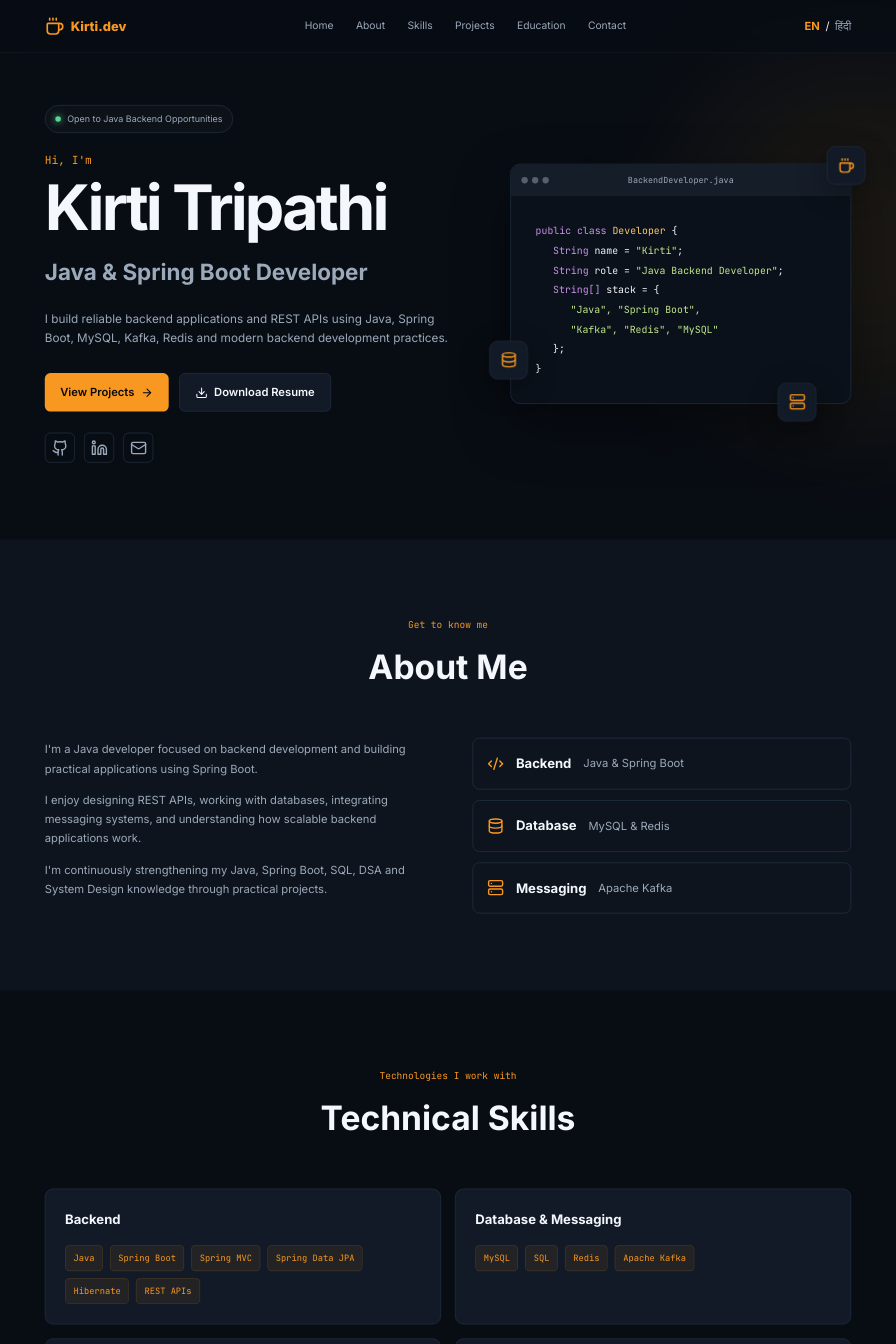
Repository: Rashi-Kirti06/En-Hi-Portfolio
Page: /
The author's editor kept a copy of each file at every save. The page is drawn from the files as they stood at one save, then again after the next save.
The browser window is 1280 px wide. The pictures show the part of the page from y = 0 to 1920 px (the page is 4885 px tall before and 720 px after), at 70% of full size.
The project was rebuilt for these pictures with package versions that can differ from the ones it lists, and the page was loaded fresh each time. Also part of the build but not shown: vite.config.js.

Above is the page before, as saved 2026-09-06 15:22:47.

### index.html
<!doctype html>

<html lang="en">

<head>

  <meta charset="UTF-8" />

  <meta
    name="viewport"
    content="width=device-width, initial-scale=1.0"
  />

  <meta
    name="description"
    content="Kirti Tripathi - Java and Spring Boot Backend Developer portfolio."
  />

  <meta
    name="keywords"
    content="Java Developer, Spring Boot Developer, Backend Developer, Java Portfolio"
  />

  <meta name="author" content="Kirti Tripathi" />

  <title>
    Kirti Tripathi | Java Backend Developer
  </title>

</head>

<body>

  <div id="root"></div>

  <script
    type="module"
    src="/src/main.jsx"
  ></script>

</body>

</html>

### src/App.jsx
import { useState } from "react";

import Navbar from "./components/Navbar";
import Hero from "./components/Hero";
import About from "./components/About";
import Skills from "./components/Skills";
import Projects from "./components/Projects";
import Learning from "./components/Learning";
import Education from "./components/Education";
import Contact from "./components/Contact";
import Footer from "./components/Footer";

function App() {
  const [language, setLanguage] = useState("en");

  return (
    <>
      <Navbar language={language} setLanguage={setLanguage} />

      <main>
        <Hero language={language} />
        <About language={language} />
        <Skills language={language} />
        <Projects language={language} />
        <Learning language={language} />
        <Education language={language} />
        <Contact language={language} />
      </main>

      <Footer language={language} />
    </>
  );
}

export default App;

### src/components/Navbar.jsx
import { useState } from "react";
import { Menu, X, Coffee } from "lucide-react";
import { translations } from "../data/translations";

function Navbar({ language, setLanguage }) {
  const [menuOpen, setMenuOpen] = useState(false);

  const t = translations[language].navbar;

  const links = [
    ["home", t.home],
    ["about", t.about],
    ["skills", t.skills],
    ["projects", t.projects],
    ["education", t.education],
    ["contact", t.contact],
  ];

  const closeMenu = () => setMenuOpen(false);

  return (
    <header className="navbar">
      <div className="container nav-container">

        <a href="#home" className="logo" onClick={closeMenu}>
          <Coffee size={28} />
          <span>Kirti.dev</span>
        </a>

        <nav className={menuOpen ? "nav-links active" : "nav-links"}>
          {links.map(([id, label]) => (
            <a
              key={id}
              href={`#${id}`}
              onClick={closeMenu}
            >
              {label}
            </a>
          ))}

          <div className="language-mobile">
            <button
              className={language === "en" ? "lang-active" : ""}
              onClick={() => setLanguage("en")}
            >
              EN
            </button>

            <span>/</span>

            <button
              className={language === "hi" ? "lang-active" : ""}
              onClick={() => setLanguage("hi")}
            >
              हिंदी
            </button>
          </div>
        </nav>

        <div className="nav-actions">
          <div className="language-switcher">
            <button
              className={language === "en" ? "lang-active" : ""}
              onClick={() => setLanguage("en")}
            >
              EN
            </button>

            <span>/</span>

            <button
              className={language === "hi" ? "lang-active" : ""}
              onClick={() => setLanguage("hi")}
            >
              हिंदी
            </button>
          </div>

          <button
            className="mobile-menu"
            onClick={() => setMenuOpen(!menuOpen)}
            aria-label="Toggle navigation"
          >
            {menuOpen ? <X /> : <Menu />}
          </button>
        </div>

      </div>
    </header>
  );
}

export default Navbar;

### src/components/Hero.jsx
import { motion } from "framer-motion";
import {
  ArrowRight,
  Download,
  Github,
  Linkedin,
  Mail,
  Database,
  Server,
  Coffee,
} from "lucide-react";

import { translations } from "../data/translations";

function Hero({ language }) {
  const t = translations[language].hero;

  return (
    <section id="home" className="hero section">
      <div className="container hero-grid">

        <motion.div
          className="hero-content"
          initial={{ opacity: 0, x: -40 }}
          animate={{ opacity: 1, x: 0 }}
          transition={{ duration: 0.7 }}
        >

          <div className="availability">
            <span className="availability-dot"></span>
            {t.available}
          </div>

          <p className="hero-greeting">{t.greeting}</p>

          <h1>{t.name}</h1>

          <h2>{t.role}</h2>

          <p className="hero-description">
            {t.description}
          </p>

          <div className="hero-buttons">
            <a href="#projects" className="btn btn-primary">
              {t.projectsButton}
              <ArrowRight size={18} />
            </a>

            <a
              href="/resume.pdf"
              download
              className="btn btn-secondary"
            >
              <Download size={18} />
              {t.resumeButton}
            </a>
          </div>

          <div className="social-links">
            <a
              href="https://github.com/YOUR_USERNAME"
              target="_blank"
              rel="noreferrer"
              aria-label="GitHub"
            >
              <Github />
            </a>

            <a
              href="https://linkedin.com/in/YOUR_USERNAME"
              target="_blank"
              rel="noreferrer"
              aria-label="LinkedIn"
            >
              <Linkedin />
            </a>

            <a
              href="mailto:your-email@example.com"
              aria-label="Email"
            >
              <Mail />
            </a>
          </div>

        </motion.div>

        <motion.div
          className="hero-visual"
          initial={{ opacity: 0, scale: 0.9 }}
          animate={{ opacity: 1, scale: 1 }}
          transition={{ duration: 0.7 }}
        >

          <div className="developer-card">

            <div className="terminal-header">
              <div className="terminal-dots">
                <span></span>
                <span></span>
                <span></span>
              </div>

              <span>BackendDeveloper.java</span>
            </div>

            <div className="code-window">

              <p>
                <span className="code-purple">public class</span>{" "}
                <span className="code-yellow">Developer</span> {"{"}
              </p>

              <p className="indent">
                <span className="code-purple">String</span> name =
                <span className="code-green"> "Kirti"</span>;
              </p>

              <p className="indent">
                <span className="code-purple">String</span> role =
                <span className="code-green">
                  {" "}
                  "Java Backend Developer"
                </span>;
              </p>

              <p className="indent">
                <span className="code-purple">String[]</span> stack = {"{"}
              </p>

              <p className="indent-two">
                <span className="code-green">
                  "Java", "Spring Boot",
                </span>
              </p>

              <p className="indent-two">
                <span className="code-green">
                  "Kafka", "Redis", "MySQL"
                </span>
              </p>

              <p className="indent">{"};"}</p>

              <p>{"}"}</p>

            </div>
          </div>

          <div className="floating-icon icon-java">
            <Coffee />
          </div>

          <div className="floating-icon icon-db">
            <Database />
          </div>

          <div className="floating-icon icon-server">
            <Server />
          </div>

        </motion.div>

      </div>
    </section>
  );
}

export default Hero;

### src/components/About.jsx
import { motion } from "framer-motion";
import { Code2, Database, Server } from "lucide-react";
import SectionTitle from "./SectionTitle";
import { translations } from "../data/translations";

function About({ language }) {
  const t = translations[language].about;

  return (
    <section id="about" className="section alt-section">
      <div className="container">

        <SectionTitle
          subtitle={t.subtitle}
          title={t.title}
        />

        <div className="about-grid">

          <motion.div
            className="about-text"
            initial={{ opacity: 0, y: 30 }}
            whileInView={{ opacity: 1, y: 0 }}
            viewport={{ once: true }}
          >
            <p>{t.text1}</p>
            <p>{t.text2}</p>
            <p>{t.text3}</p>
          </motion.div>

          <div className="about-cards">

            <div className="mini-card">
              <Code2 />
              <h3>Backend</h3>
              <p>Java & Spring Boot</p>
            </div>

            <div className="mini-card">
              <Database />
              <h3>Database</h3>
              <p>MySQL & Redis</p>
            </div>

            <div className="mini-card">
              <Server />
              <h3>Messaging</h3>
              <p>Apache Kafka</p>
            </div>

          </div>

        </div>

      </div>
    </section>
  );
}

export default About;

### src/components/Skills.jsx
import { motion } from "framer-motion";
import SectionTitle from "./SectionTitle";
import { translations } from "../data/translations";

const skillGroups = [
  {
    title: "Backend",
    skills: [
      "Java",
      "Spring Boot",
      "Spring MVC",
      "Spring Data JPA",
      "Hibernate",
      "REST APIs",
    ],
  },
  {
    title: "Database & Messaging",
    skills: [
      "MySQL",
      "SQL",
      "Redis",
      "Apache Kafka",
    ],
  },
  {
    title: "Tools",
    skills: [
      "Git",
      "GitHub",
      "Maven",
      "Postman",
      "IntelliJ IDEA",
      "Docker",
    ],
  },
  {
    title: "Core Concepts",
    skills: [
      "OOP",
      "DSA",
      "Design Patterns",
      "Exception Handling",
      "Database Design",
      "REST Architecture",
    ],
  },
];

function Skills({ language }) {
  const t = translations[language].skills;

  return (
    <section id="skills" className="section">
      <div className="container">

        <SectionTitle
          subtitle={t.subtitle}
          title={t.title}
        />

        <div className="skills-grid">

          {skillGroups.map((group, index) => (
            <motion.div
              className="skill-card"
              key={group.title}
              initial={{ opacity: 0, y: 30 }}
              whileInView={{ opacity: 1, y: 0 }}
              viewport={{ once: true }}
              transition={{ delay: index * 0.1 }}
            >
              <h3>{group.title}</h3>

              <div className="skill-tags">
                {group.skills.map((skill) => (
                  <span key={skill}>
                    {skill}
                  </span>
                ))}
              </div>

            </motion.div>
          ))}

        </div>

      </div>
    </section>
  );
}

export default Skills;

### src/components/Projects.jsx
import { motion } from "framer-motion";
import { Github, ArrowUpRight } from "lucide-react";

import SectionTitle from "./SectionTitle";
import { translations } from "../data/translations";

const projects = [
  {
    title: "Ticket Booking System",

    descriptionEn:
      "Backend ticket booking application built using Spring Boot with MySQL persistence, Redis caching and Kafka-based event communication.",

    descriptionHi:
      "Spring Boot से बनाया गया backend ticket booking application जिसमें MySQL persistence, Redis caching और Kafka event communication का उपयोग किया गया है।",

    technologies: [
      "Java",
      "Spring Boot",
      "MySQL",
      "Redis",
      "Kafka",
      "REST API",
    ],

    github:
      "https://github.com/YOUR_USERNAME/ticket-booking-system",

    live: "#",
  },

  {
    title: "Employee Management API",

    descriptionEn:
      "RESTful employee management backend with CRUD operations, validation, exception handling and MySQL database integration.",

    descriptionHi:
      "CRUD operations, validation, exception handling और MySQL integration के साथ बनाया गया RESTful employee management backend।",

    technologies: [
      "Java",
      "Spring Boot",
      "JPA",
      "Hibernate",
      "MySQL",
    ],

    github:
      "https://github.com/YOUR_USERNAME/employee-management",

    live: "#",
  },

  {
    title: "E-Commerce Backend",

    descriptionEn:
      "Backend API architecture for products, users, orders and authentication designed using Spring Boot.",

    descriptionHi:
      "Spring Boot का उपयोग करके products, users, orders और authentication के लिए बनाया गया backend architecture।",

    technologies: [
      "Java",
      "Spring Boot",
      "REST API",
      "MySQL",
      "JWT",
    ],

    github: "#",
    live: "#",
  },
];

function Projects({ language }) {
  const t = translations[language].projects;

  return (
    <section
      id="projects"
      className="section alt-section"
    >
      <div className="container">

        <SectionTitle
          subtitle={t.subtitle}
          title={t.title}
        />

        <div className="projects-grid">

          {projects.map((project, index) => (

            <motion.article
              className="project-card"
              key={project.title}
              initial={{ opacity: 0, y: 40 }}
              whileInView={{
                opacity: 1,
                y: 0,
              }}
              viewport={{ once: true }}
              transition={{
                delay: index * 0.12,
              }}
            >

              <div className="project-number">
                0{index + 1}
              </div>

              <h3>{project.title}</h3>

              <p>
                {language === "en"
                  ? project.descriptionEn
                  : project.descriptionHi}
              </p>

              <div className="project-tech">
                {project.technologies.map(
                  (technology) => (
                    <span key={technology}>
                      {technology}
                    </span>
                  )
                )}
              </div>

              <div className="project-actions">

                <a
                  href={project.github}
                  target="_blank"
                  rel="noreferrer"
                >
                  <Github size={18} />
                  {t.code}
                </a>

                <a
                  href={project.live}
                  target="_blank"
                  rel="noreferrer"
                >
                  <ArrowUpRight size={18} />
                  {t.details}
                </a>

              </div>

            </motion.article>

          ))}

        </div>

      </div>
    </section>
  );
}

export default Projects;

### src/components/Learning.jsx
import { motion } from "framer-motion";
import SectionTitle from "./SectionTitle";
import { translations } from "../data/translations";

const technologies = [
  "Advanced Java",
  "Microservices",
  "System Design",
  "Docker",
  "Spring Security",
  "Cloud",
];

function Learning({ language }) {
  const t = translations[language].learning;

  return (
    <section className="section">
      <div className="container">

        <SectionTitle
          subtitle={t.subtitle}
          title={t.title}
        />

        <p className="learning-description">
          {t.description}
        </p>

        <div className="learning-grid">

          {technologies.map((technology, index) => (

            <motion.div
              className="learning-card"
              key={technology}
              initial={{
                opacity: 0,
                scale: 0.9,
              }}
              whileInView={{
                opacity: 1,
                scale: 1,
              }}
              viewport={{ once: true }}
              transition={{
                delay: index * 0.08,
              }}
            >
              <span>{index + 1}</span>
              {technology}
            </motion.div>

          ))}

        </div>

      </div>
    </section>
  );
}

export default Learning;

### src/components/Education.jsx
import { GraduationCap } from "lucide-react";
import SectionTitle from "./SectionTitle";
import { translations } from "../data/translations";

function Education({ language }) {
  const t = translations[language].education;

  return (
    <section
      id="education"
      className="section alt-section"
    >
      <div className="container">

        <SectionTitle
          subtitle={t.subtitle}
          title={t.title}
        />

        <div className="education-card">

          <div className="education-icon">
            <GraduationCap size={34} />
          </div>

          <div>
            <h3>{t.degree}</h3>

            <h4>{t.course}</h4>

            <p>{t.college}</p>

            <span>{t.year}</span>
          </div>

        </div>

      </div>
    </section>
  );
}

export default Education;

### src/components/Contact.jsx
import {
  Github,
  Linkedin,
  Mail,
} from "lucide-react";

import SectionTitle from "./SectionTitle";
import { translations } from "../data/translations";

function Contact({ language }) {
  const t = translations[language].contact;

  return (
    <section id="contact" className="section">
      <div className="container">

        <SectionTitle
          subtitle={t.subtitle}
          title={t.title}
        />

        <div className="contact-box">

          <p>{t.description}</p>

          <div className="contact-links">

            <a
              href="mailto:your-email@example.com"
              className="contact-card"
            >
              <Mail />
              <span>{t.email}</span>
            </a>

            <a
              href="https://linkedin.com/in/YOUR_USERNAME"
              target="_blank"
              rel="noreferrer"
              className="contact-card"
            >
              <Linkedin />
              <span>{t.linkedin}</span>
            </a>

            <a
              href="https://github.com/YOUR_USERNAME"
              target="_blank"
              rel="noreferrer"
              className="contact-card"
            >
              <Github />
              <span>{t.github}</span>
            </a>

          </div>

        </div>

      </div>
    </section>
  );
}

export default Contact;

### src/components/Footer.jsx
import { Coffee } from "lucide-react";
import { translations } from "../data/translations";

function Footer({ language }) {
  const t = translations[language].footer;

  return (
    <footer className="footer">
      <div className="container footer-content">

        <div className="footer-logo">
          <Coffee size={22} />
          Kirti.dev
        </div>

        <p>
          © {new Date().getFullYear()} Kirti Tripathi
        </p>

        <p>{t.text}</p>

      </div>
    </footer>
  );
}

export default Footer;

### src/components/SectionTitle.jsx
function SectionTitle({ subtitle, title }) {
  return (
    <div className="section-heading">
      <p>{subtitle}</p>
      <h2>{title}</h2>
    </div>
  );
}

export default SectionTitle;

Loaded but not shown: src/main.jsx (common file); src/index.css (1274 lines, source omitted); src/data/translations.jsx (151 lines, source omitted)

After the next save:
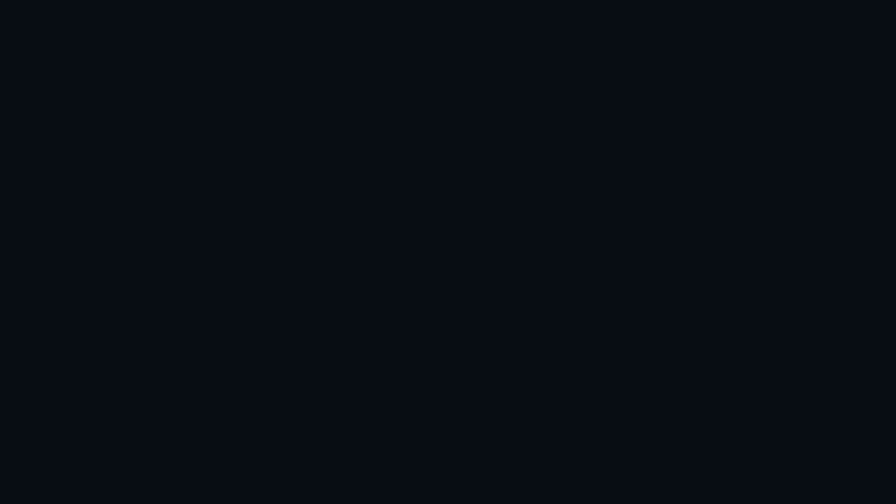
Console error: ReferenceError: Coffee is not defined
Saved 6 min 2 s later.
--- a/src/components/Footer.jsx
+++ b/src/components/Footer.jsx
@@ -1,4 +1,4 @@
-import { Coffee } from "lucide-react";
+// import { Coffee } from "lucide-react";
 import { translations } from "../data/translations";
 
 function Footer({ language }) {

After the 2 saves that followed:
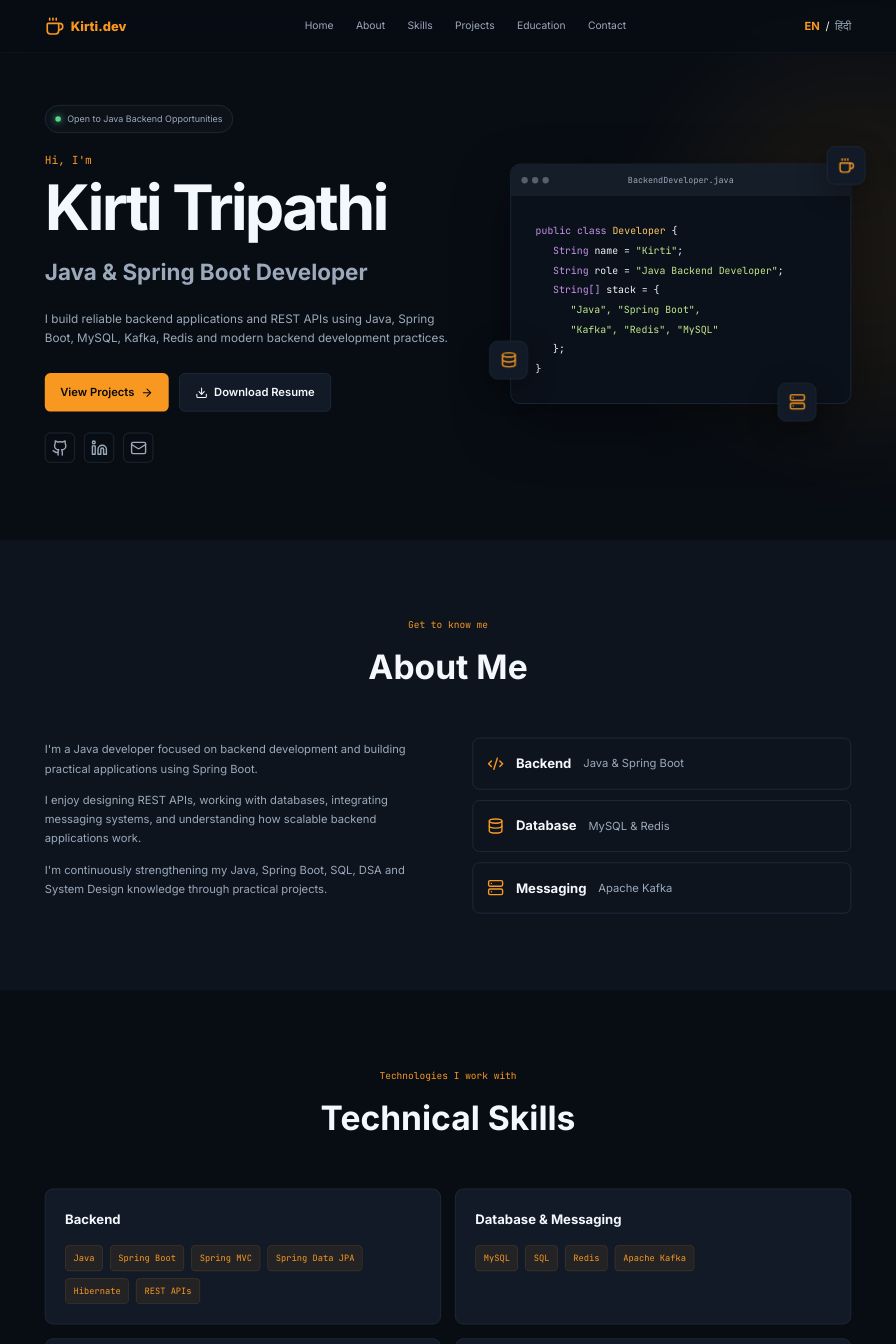
The error is gone.
The 2 saves are shown as one change because they came seconds apart.
The last was saved 10 s later.
--- a/src/components/Footer.jsx
+++ b/src/components/Footer.jsx
@@ -1,4 +1,5 @@
 // import { Coffee } from "lucide-react";
+import { Coffee } from "lucide-react";
 import { translations } from "../data/translations";
 
 function Footer({ language }) {
